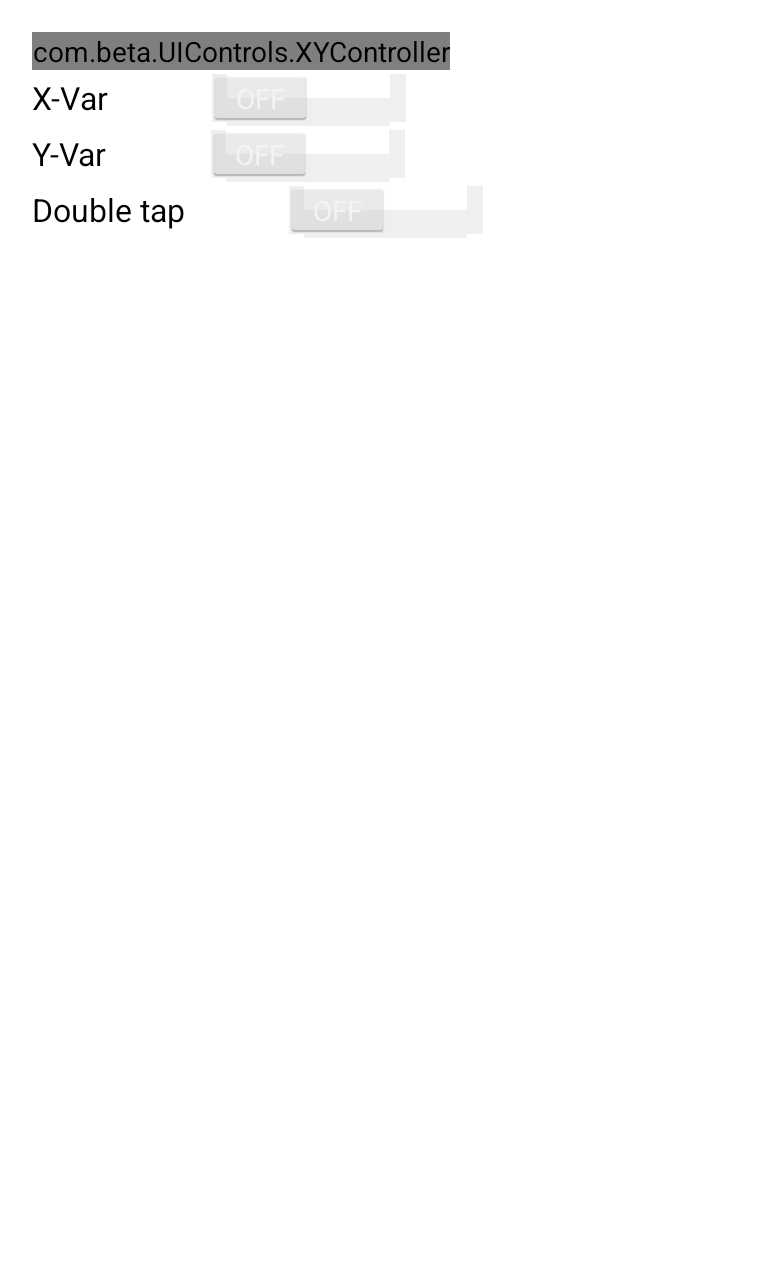
Repository: MIDIeval/MIDIeval
Layout: ImperiusB/MIDIeval/res/layout/activity_main.xml
The author's editor kept a copy of each file at every save. The layout is drawn from the files as they stood at one save, then again after the next save.
Pictures or frames that could not be fetched are drawn as grey boxes. It is drawn on a 768 x 1280 px phone screen (xhdpi) without system bars, with theme AppTheme; the app's code is not run.

Above is the layout before, as saved 2013-09-16 16:53:12.

### ImperiusB/MIDIeval/res/layout/activity_main.xml
<RelativeLayout xmlns:android="http://schemas.android.com/apk/res/android"
    xmlns:tools="http://schemas.android.com/tools"
    xmlns:custom="http://schemas.android.com/apk/res/com.example.xycontroller"
    android:layout_width="wrap_content"
    android:layout_height="wrap_content"
    android:paddingBottom="@dimen/activity_vertical_margin"
    android:paddingLeft="@dimen/activity_horizontal_margin"
    android:paddingRight="@dimen/activity_horizontal_margin"
    android:paddingTop="@dimen/activity_vertical_margin"
    tools:context=".MainActivity" >

    <com.beta.UIControls.XYController
        android:id="@+id/xy_controller"
        android:layout_width="wrap_content"
        android:layout_height="wrap_content" />

    <Switch
        android:id="@+id/switch1"
        android:layout_width="wrap_content"
        android:layout_height="wrap_content"
        android:layout_alignParentLeft="true"
        android:layout_below="@id/xy_controller"
        android:switchMinWidth = "50dp"
        android:switchPadding="50dp"
        android:minWidth="50dp"
        android:text="X-Var" />

    <Switch
        android:id="@+id/Switch02"
        android:layout_width="wrap_content"
        android:layout_height="wrap_content"
        android:layout_alignParentLeft="true"
        android:layout_below="@id/switch1"
        android:switchMinWidth = "50dp"
        android:switchPadding="50dp"
        android:minWidth="50dp"
        android:text="Y-Var" />
    <Switch
        android:id="@+id/Switch03"
        android:layout_width="wrap_content"
        android:layout_height="wrap_content"
        android:layout_alignParentLeft="true"
        android:layout_below="@id/Switch02"
        android:switchMinWidth = "50dp"
        android:switchPadding="50dp"
        android:minWidth="50dp"
        android:text="Double tap" />

</RelativeLayout>

Loaded but not shown: ImperiusB/MIDIeval/res/values/styles.xml (common file); ImperiusB/MIDIeval/res/values-v11/styles.xml (common file); ImperiusB/MIDIeval/res/values-v14/styles.xml (common file); ImperiusB/MIDIeval/res/values/dimens.xml (common file)

After the next save:
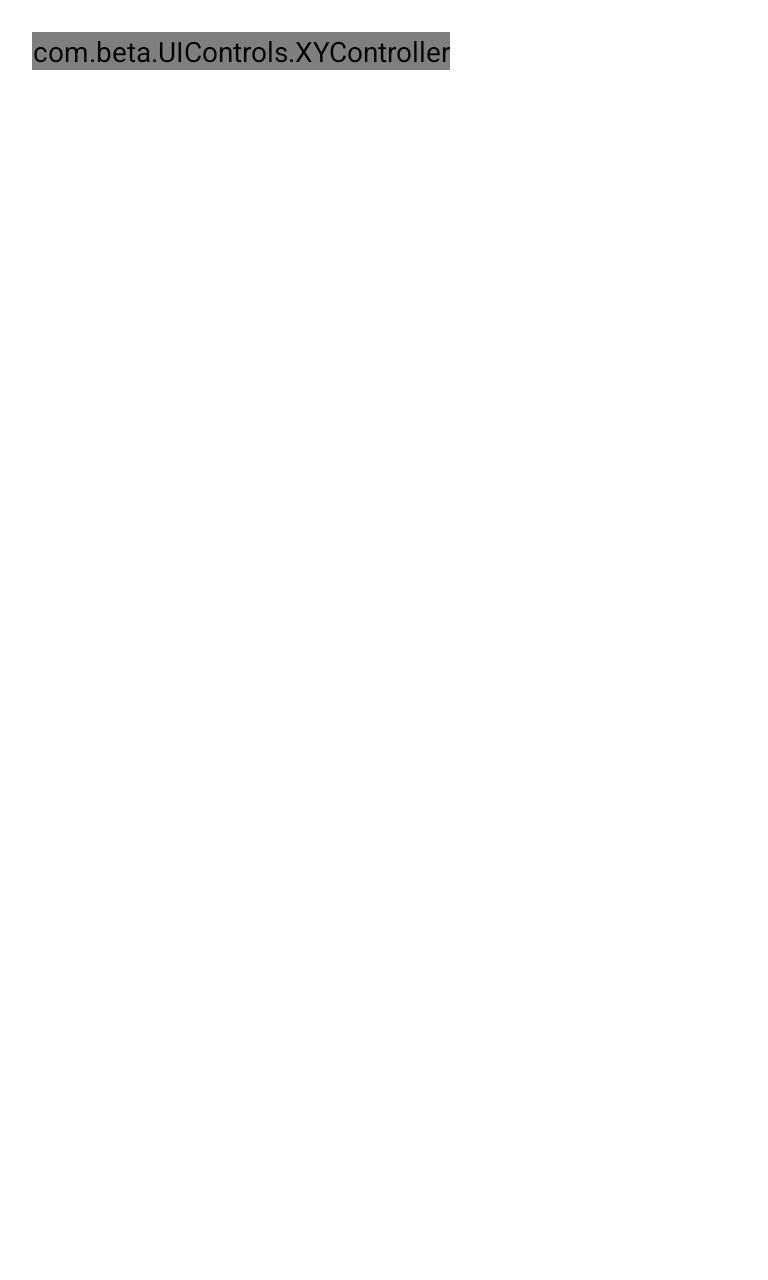
Saved 44 min 52 s later.
--- a/ImperiusB/MIDIeval/res/layout/activity_main.xml
+++ b/ImperiusB/MIDIeval/res/layout/activity_main.xml
@@ -14,6 +14,7 @@
         android:layout_width="wrap_content"
         android:layout_height="wrap_content" />
 
+    <LinearLayout >
     <Switch
         android:id="@+id/switch1"
         android:layout_width="wrap_content"
@@ -23,7 +24,8 @@
         android:switchMinWidth = "50dp"
         android:switchPadding="50dp"
         android:minWidth="50dp"
-        android:text="X-Var" />
+        android:text="X-Var"
+        android:layout_weight="1" />
 
     <Switch
         android:id="@+id/Switch02"
@@ -34,7 +36,8 @@
         android:switchMinWidth = "50dp"
         android:switchPadding="50dp"
         android:minWidth="50dp"
-        android:text="Y-Var" />
+        android:text="Y-Var"
+        android:layout_weight="1" />
     <Switch
         android:id="@+id/Switch03"
         android:layout_width="wrap_content"
@@ -44,6 +47,7 @@
         android:switchMinWidth = "50dp"
         android:switchPadding="50dp"
         android:minWidth="50dp"
-        android:text="Double tap" />
-
+        android:text="Double tap"
+        android:layout_weight="1" />
+	</LinearLayout>
 </RelativeLayout>

After the save that followed:
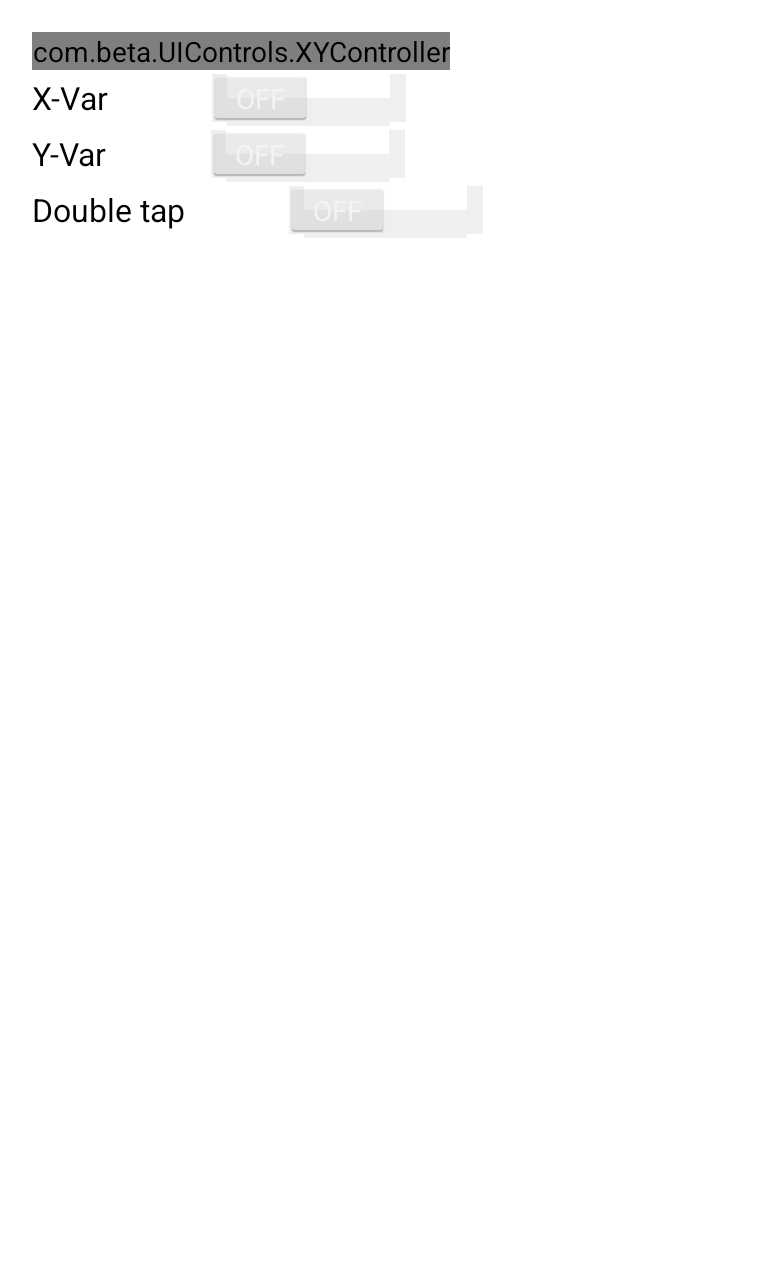
Saved 56 s later.
--- a/ImperiusB/MIDIeval/res/layout/activity_main.xml
+++ b/ImperiusB/MIDIeval/res/layout/activity_main.xml
@@ -14,7 +14,7 @@
         android:layout_width="wrap_content"
         android:layout_height="wrap_content" />
 
-    <LinearLayout >
+
     <Switch
         android:id="@+id/switch1"
         android:layout_width="wrap_content"
@@ -24,8 +24,7 @@
         android:switchMinWidth = "50dp"
         android:switchPadding="50dp"
         android:minWidth="50dp"
-        android:text="X-Var"
-        android:layout_weight="1" />
+        android:text="X-Var" />
 
     <Switch
         android:id="@+id/Switch02"
@@ -36,8 +35,7 @@
         android:switchMinWidth = "50dp"
         android:switchPadding="50dp"
         android:minWidth="50dp"
-        android:text="Y-Var"
-        android:layout_weight="1" />
+        android:text="Y-Var" />
     <Switch
         android:id="@+id/Switch03"
         android:layout_width="wrap_content"
@@ -47,7 +45,6 @@
         android:switchMinWidth = "50dp"
         android:switchPadding="50dp"
         android:minWidth="50dp"
-        android:text="Double tap"
-        android:layout_weight="1" />
-	</LinearLayout>
+        android:text="Double tap" />
+
 </RelativeLayout>
